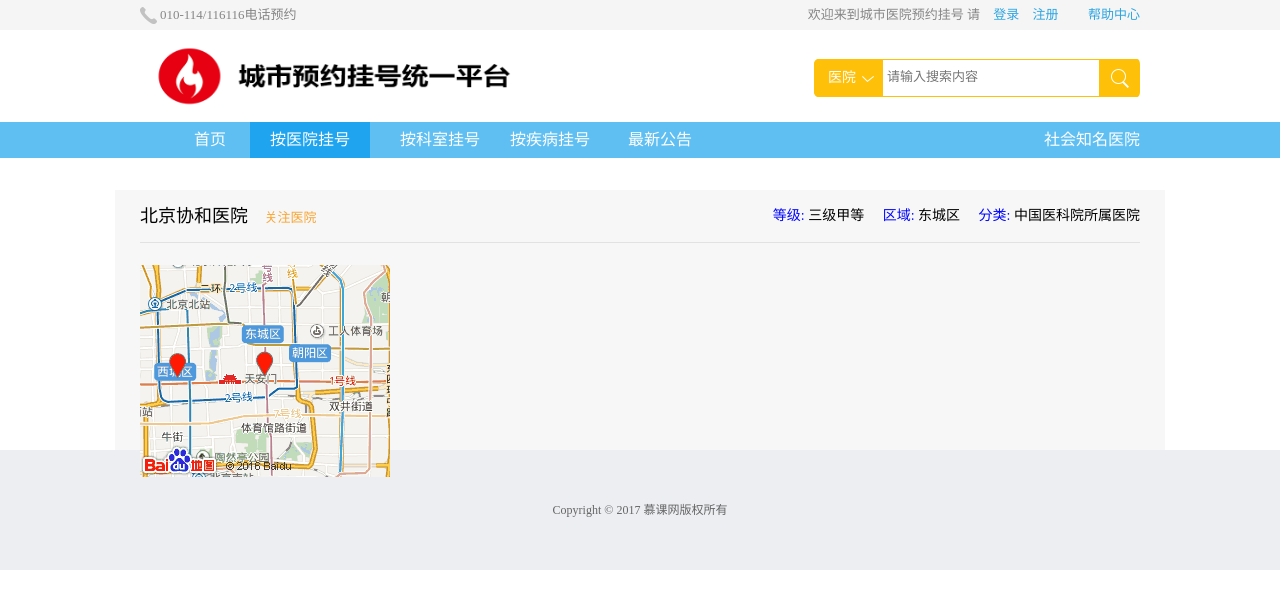
Repository: ScarApocalypse/study
Page: 挂号平台/hospital_detail.html
The author's editor kept a copy of each file at every save. The page is drawn from the files as they stood at one save, then again after the next save.
The browser window is 1280 px wide. The pictures show the whole page.

Above is the page before, as saved 2019-01-22 22:13:55.

After the next save:
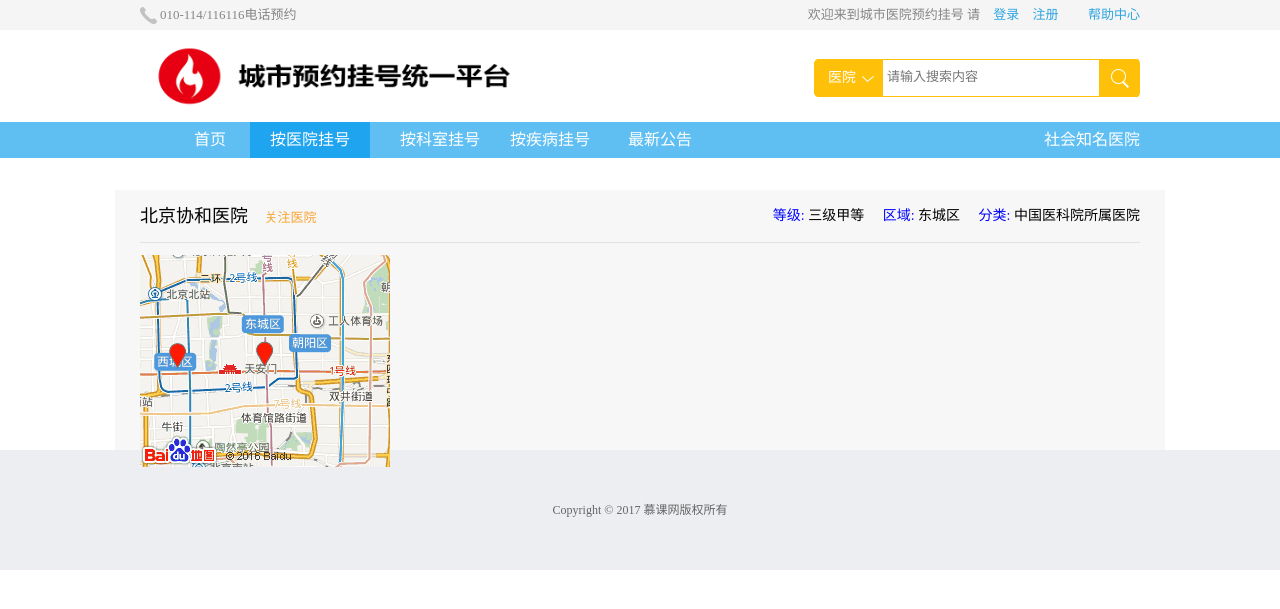
Saved 16 s later.
--- a/挂号平台/css/hospital_detail.css
+++ b/挂号平台/css/hospital_detail.css
@@ -32,5 +32,6 @@
 .hospitalDetail-content img{
     position: absolute;
     left:0;
+    top:12px;
 
 }
